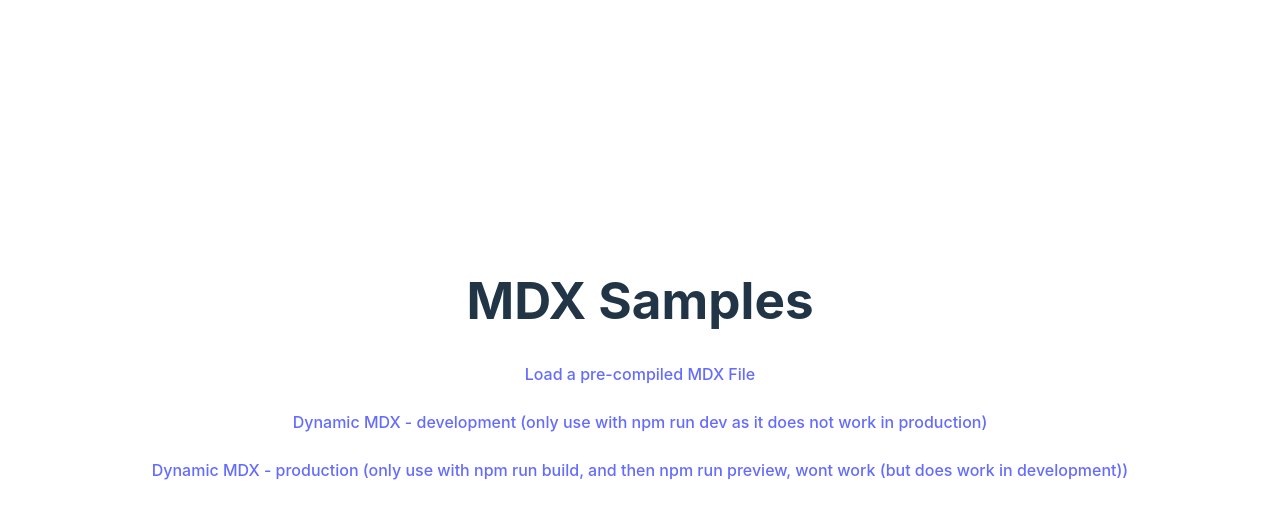
Repository: ccrowe-trimble/mdx
Page: /
An editor plug-in stored every save of this project. The page is shown before and after the next save, followed by the edit.
The browser window is 1280 px wide. The pictures show the whole page.
The project was rebuilt for these pictures with package versions that can differ from the ones it lists, and the page was loaded fresh each time. Also part of the build but not shown: vite.config.ts, src/PageMdxFile.tsx, src/CustomComponent.tsx, src/PageDynamicMdxDevelopment.tsx, src/PageDynamicMdxProduction.tsx.

Above is the page before, as saved 2024-12-09 17:26:40.

After the next save:
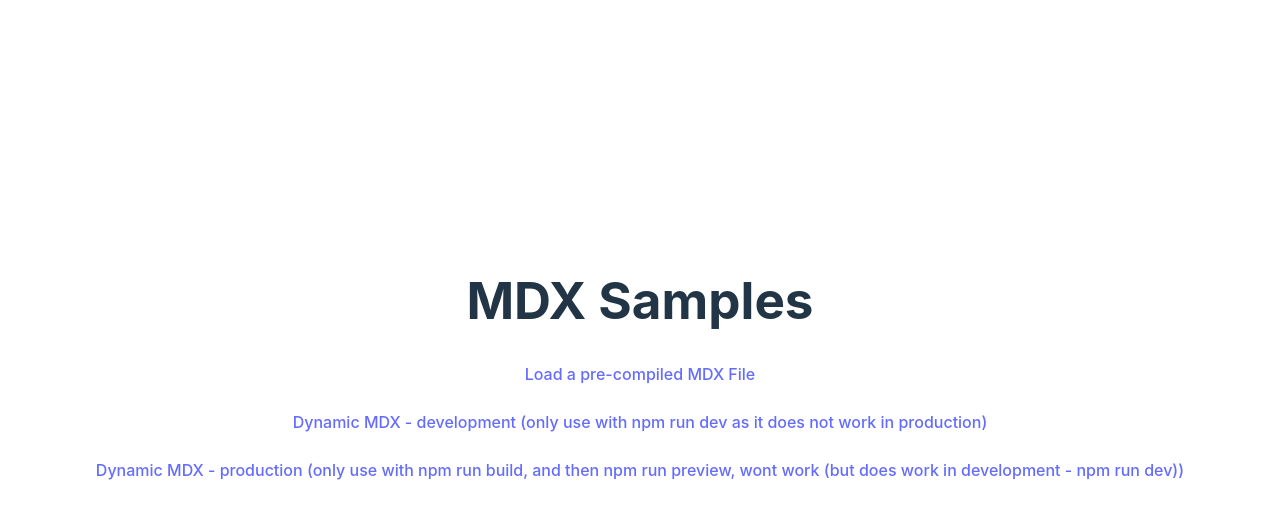
Saved 25 s later.
--- a/src/PageHome.tsx
+++ b/src/PageHome.tsx
@@ -12,7 +12,7 @@ function PageHome() {
                 </div>
                 <br />
                 <div>
-                    <a href="./dynamicMdxProduction">Dynamic MDX - production (only use with npm run build, and then npm run preview, wont work (but does work in development))</a>
+                    <a href="./dynamicMdxProduction">Dynamic MDX - production (only use with npm run build, and then npm run preview, wont work (but does work in development - npm run dev))</a>
                 </div>
             </div>
         </>
